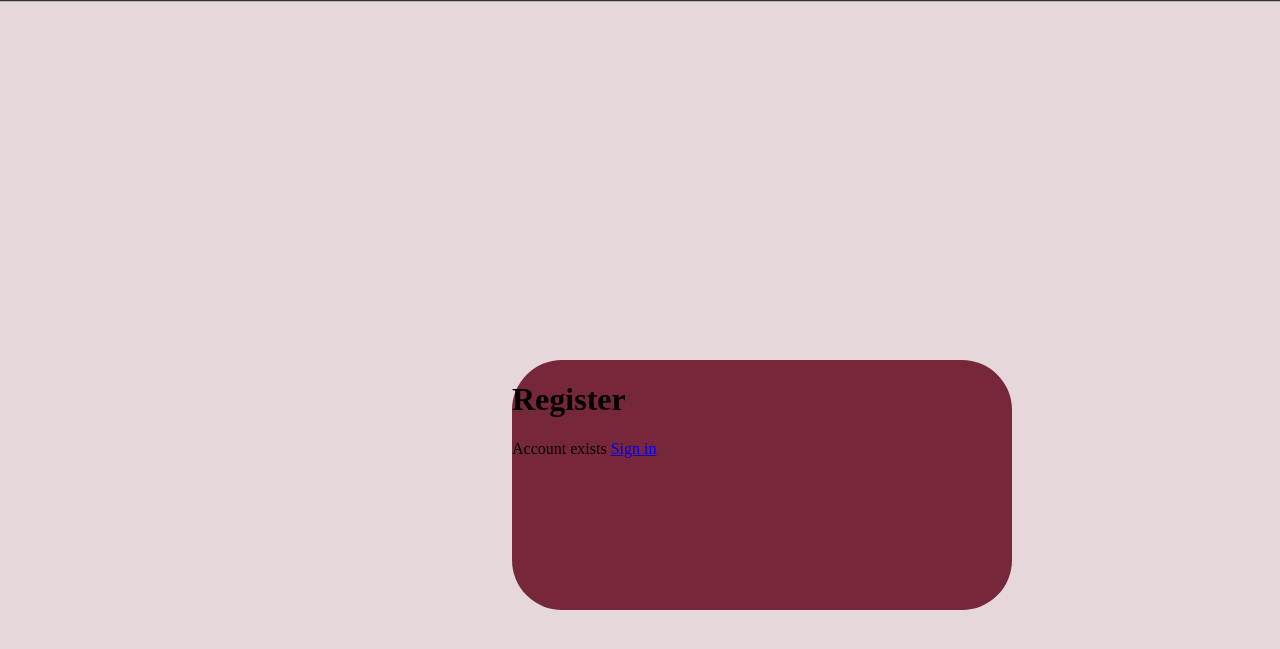
Repository: Kotya2001/FuzzyOps-App
Page: /register (app in frontend/my-app/)
The author's editor kept a copy of each file at every save. The page is drawn from the files as they stood at one save, then again after the next save.
The browser window is 1280 px wide. The pictures show the whole page.
The project was rebuilt for these pictures with package versions that can differ from the ones it lists, and the page was loaded fresh each time. Also part of the build but not shown: frontend/my-app/src/pages/Item.js, frontend/my-app/src/pages/Base.js, frontend/my-app/src/pages/Login.js, frontend/my-app/src/pages/Resources.js.

Above is the page before, as saved 2022-09-18 17:33:00.

After the next save:
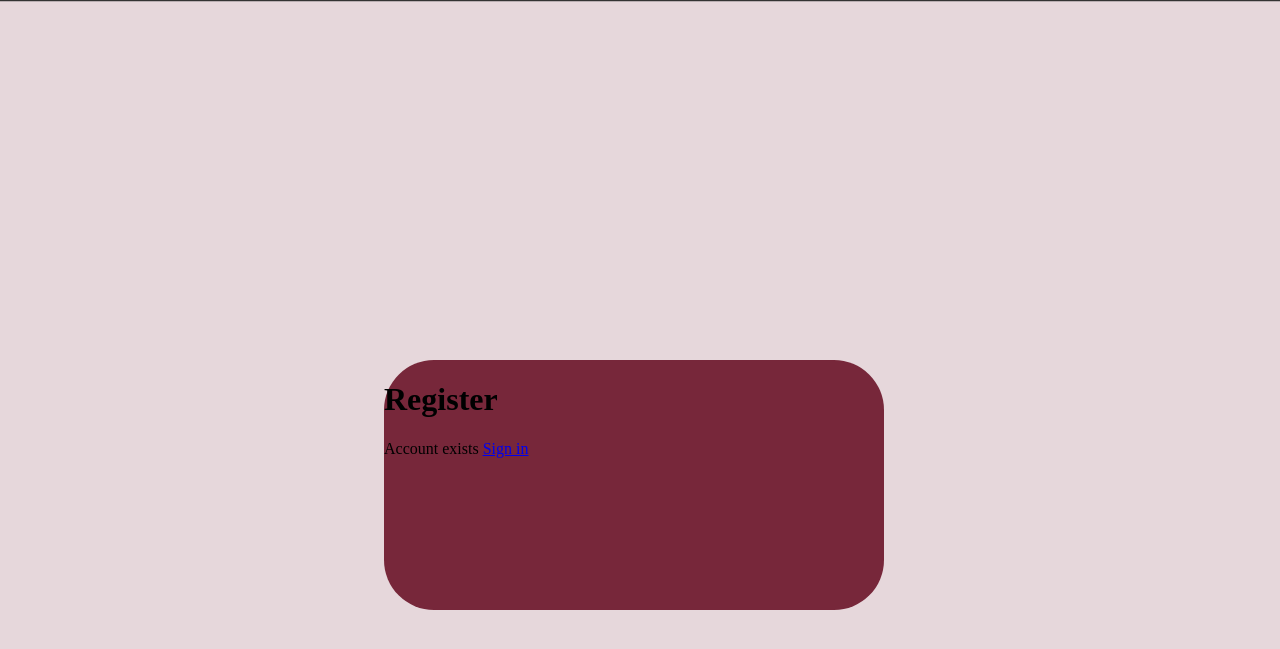
Saved 4 s later.
--- a/frontend/my-app/src/Styles.css
+++ b/frontend/my-app/src/Styles.css
@@ -103,7 +103,7 @@ body {
   height: 250px;
   border-radius: 50px;
   position: absolute;
-  left: 40%;
+  left: 30%;
   top: 50%;
 }
 
